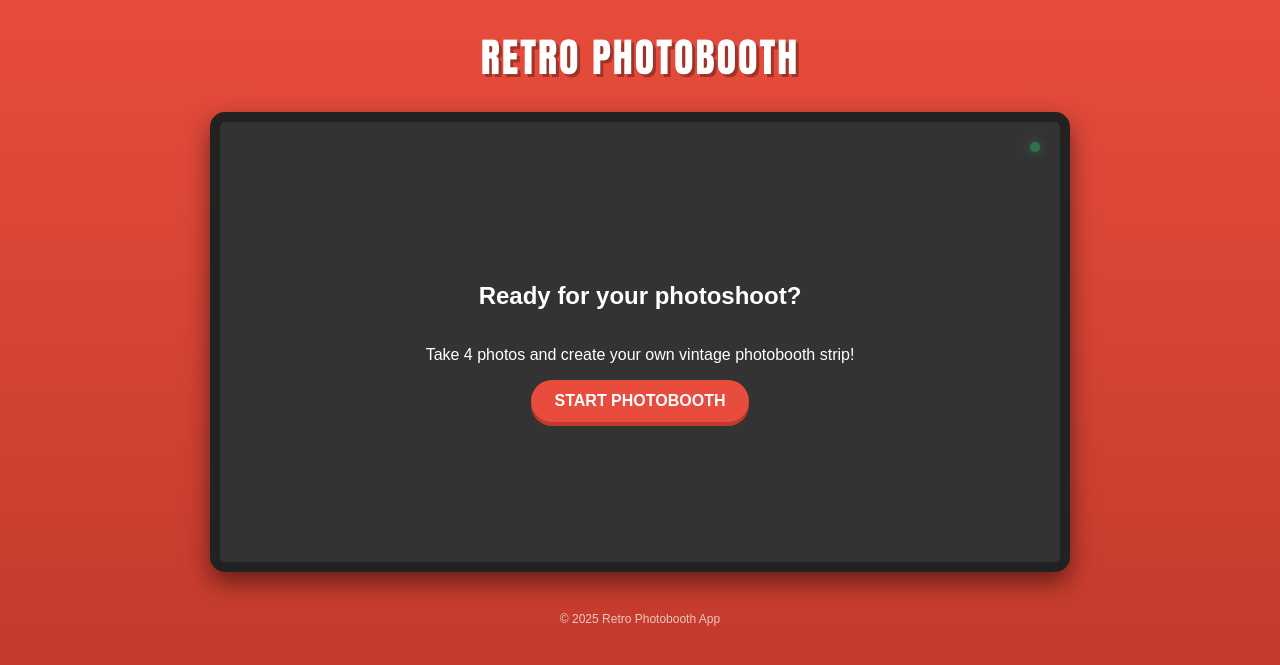
Repository: Strawb3rryjam/QuickSnip
Page: index.html
An editor plug-in stored every save of this project. The page is shown before and after the next save, followed by the edit.
The browser window is 1280 px wide. The pictures show the whole page.

Above is the page before, as saved 2025-05-02 02:05:07.

### index.html
<!DOCTYPE html>
<html lang="en">

<head>
    <meta charset="UTF-8">
    <meta name="viewport" content="width=device-width, initial-scale=1.0">
    <title>Retro Photobooth</title>
    <link rel="stylesheet" href="styles.css">
</head>

<body>
    <h1>RETRO PHOTOBOOTH</h1>
    <div class="container">
        <div class="retro-light"></div>

        <div class="start-screen" id="startScreen">
            <h2>Ready for your photoshoot?</h2>
            <p>Take 4 photos and create your own vintage photobooth strip!</p>
            <button id="startButton">Start Photobooth</button>
        </div>

        <div class="camera-container" id="cameraContainer">
            <video id="camera" autoplay playsinline></video>
            <div class="countdown" id="countdown"></div>
            <div class="flash" id="flash"></div>
            <div class="loading-message" id="loadingMessage">Initializing camera...</div>
        </div>

        <div class="controls" id="cameraControls" style="display: none;">
            <button id="captureButton">Take Photos</button>
        </div>

        <div class="photostrip-container" id="photostripContainer">
            <div class="photostrip" id="photostrip">
                <div class="photostrip-branding">Retro Photobooth - April 28, 2025</div>
            </div>

            <div class="editor-tools">
                <div>
                    <h3>Border Color</h3>
                    <div class="color-picker" id="colorPicker">
                        <div class="color selected" style="background-color: white;" data-color="white"></div>
                        <div class="color" style="background-color: #ffcc00;" data-color="#ffcc00"></div>
                        <div class="color" style="background-color: #ff6b6b;" data-color="#ff6b6b"></div>
                        <div class="color" style="background-color: #48dbfb;" data-color="#48dbfb"></div>
                        <div class="color" style="background-color: #1dd1a1;" data-color="#1dd1a1"></div>
                        <div class="color" style="background-color: #f368e0;" data-color="#f368e0"></div>
                        <div class="color" style="background-color: #ff9f43;" data-color="#ff9f43"></div>
                        <div class="color" style="background-color: black;" data-color="black"></div>
                    </div>
                </div>

                <div>
                    <h3>Add Stickers</h3>
                    <div class="stickers" id="stickerPicker">
                        <div class="sticker">⭐</div>
                        <div class="sticker">❤️</div>
                        <div class="sticker">🌈</div>
                        <div class="sticker">😎</div>
                        <div class="sticker">🎉</div>
                        <div class="sticker">✨</div>
                        <div class="sticker">💯</div>
                        <div class="sticker">🔥</div>
                        <div class="sticker">👑</div>
                        <div class="sticker">🦄</div>
                    </div>
                </div>

                <button id="downloadButton">Download Photostrip</button>
                <button id="resetButton">Take New Photos</button>
            </div>
        </div>
    </div>

    <div id="copyright">© 2025 Retro Photobooth App</div>

    <script src="https://cdnjs.cloudflare.com/ajax/libs/html2canvas/1.4.1/html2canvas.min.js"></script>
    <script src="scripts.js"></script>
</body>

</html>

### styles.css
body {
    font-family: 'Arial', sans-serif;
    background-color: #f0f0f0;
    margin: 0;
    padding: 0;
    display: flex;
    flex-direction: column;
    align-items: center;
    min-height: 100vh;
    background-image: linear-gradient(to bottom, #e74c3c, #c0392b);
    color: white;
    text-align: center;
  }

  h1 {
    font-family: 'Impact', sans-serif;
    letter-spacing: 2px;
    font-size: 2.5rem;
    text-shadow: 3px 3px 0px rgba(0, 0, 0, 0.3);
    margin-bottom: 5px;
  }

  .container {
    max-width: 800px;
    width: 95%;
    background-color: #333;
    border-radius: 15px;
    padding: 20px;
    box-shadow: 0 10px 25px rgba(0, 0, 0, 0.5);
    margin: 20px 0;
    border: 10px solid #222;
    position: relative;
  }

  .start-screen {
    display: flex;
    flex-direction: column;
    align-items: center;
    justify-content: center;
    height: 400px;
  }

  .camera-container {
    position: relative;
    margin: 0 auto;
    width: 100%;
    max-width: 640px;
    border-radius: 8px;
    overflow: hidden;
    display: none;
  }

  #camera {
    width: 100%;
    height: auto;
    background-color: #222;
    border-radius: 8px;
    transform: scaleX(-1);
  }

  .controls {
    margin-top: 20px;
    display: flex;
    justify-content: center;
    flex-wrap: wrap;
    gap: 10px;
  }

  button {
    background-color: #e74c3c;
    color: white;
    border: none;
    padding: 12px 24px;
    font-size: 16px;
    border-radius: 30px;
    cursor: pointer;
    transition: all 0.3s;
    font-weight: bold;
    box-shadow: 0 4px 0 #c0392b;
    text-transform: uppercase;
  }

  button:hover {
    background-color: #c0392b;
    box-shadow: 0 2px 0 #9e2a1e;
    transform: translateY(2px);
  }

  button:active {
    transform: translateY(4px);
    box-shadow: none;
  }

  button:disabled {
    background-color: #999;
    box-shadow: none;
    cursor: not-allowed;
  }

  .countdown {
    position: absolute;
    top: 50%;
    left: 50%;
    transform: translate(-50%, -50%);
    font-size: 8rem;
    color: white;
    text-shadow: 0 0 10px #000;
    opacity: 0.8;
    display: none;
  }

  .flash {
    position: absolute;
    top: 0;
    left: 0;
    width: 100%;
    height: 100%;
    background-color: white;
    opacity: 0;
    transition: opacity 0.1s;
  }

  .photostrip-container {
    display: none;
    flex-direction: column;
    align-items: center;
    width: 100%;
  }

  .photostrip {
    display: flex;
    flex-direction: column;
    gap: 10px;
    background-color: white;
    padding: 20px;
    width: 240px;
    border-radius: 5px;
    box-shadow: 0 0 10px rgba(0,0,0,0.5);
    margin-bottom: 20px;
    position: relative;
  }

  .photostrip img {
    width: 100%;
    height: auto;
    border: 1px solid #ddd;
  }

  .photostrip-branding {
    color: #333;
    font-size: 12px;
    margin-top: 10px;
    text-align: center;
    font-family: 'Courier New', monospace;
  }

  .editor-tools {
    display: flex;
    flex-wrap: wrap;
    justify-content: center;
    gap: 10px;
    margin-top: 20px;
    width: 100%;
  }

  .color-picker {
    display: flex;
    flex-wrap: wrap;
    justify-content: center;
    gap: 5px;
    margin-bottom: 15px;
  }

  .color {
    width: 30px;
    height: 30px;
    border-radius: 50%;
    cursor: pointer;
    border: 2px solid transparent;
    transition: transform 0.2s;
  }

  .color:hover {
    transform: scale(1.2);
  }

  .color.selected {
    border: 2px solid white;
    box-shadow: 0 0 5px rgba(0,0,0,0.5);
  }

  .stickers {
    display: flex;
    flex-wrap: wrap;
    justify-content: center;
    gap: 10px;
    margin-bottom: 15px;
  }

  .sticker {
    font-size: 24px;
    cursor: pointer;
    background-color: rgba(255, 255, 255, 0.2);
    border-radius: 5px;
    padding: 5px;
    transition: transform 0.2s;
  }

  .sticker:hover {
    transform: scale(1.2);
  }

  .draggable-sticker {
    position: absolute;
    cursor: move;
    user-select: none;
    font-size: 24px;
  }

  .retro-light {
    position: absolute;
    width: 10px;
    height: 10px;
    background-color: #2ecc71;
    border-radius: 50%;
    top: 20px;
    right: 20px;
    box-shadow: 0 0 10px #2ecc71;
    animation: blink 2s infinite;
  }

  @keyframes blink {
    0%, 100% { opacity: 1; }
    50% { opacity: 0.4; }
  }

  .loading-message {
    font-size: 1.2rem;
    margin-bottom: 20px;
    animation: pulse 1.5s infinite;
  }

  @keyframes pulse {
    0%, 100% { opacity: 1; }
    50% { opacity: 0.5; }
  }

  #copyright {
    margin-top: 20px;
    font-size: 12px;
    opacity: 0.7;
  }

### scripts.js
document.addEventListener("DOMContentLoaded", () => {
  // DOM Elements
  const startScreen = document.getElementById("startScreen");
  const cameraContainer = document.getElementById("cameraContainer");
  const camera = document.getElementById("camera");
  const captureButton = document.getElementById("captureButton");
  const startButton = document.getElementById("startButton");
  const cameraControls = document.getElementById("cameraControls");
  const countdown = document.getElementById("countdown");
  const flash = document.getElementById("flash");
  const photostripContainer = document.getElementById("photostripContainer");
  const photostrip = document.getElementById("photostrip");
  const downloadButton = document.getElementById("downloadButton");
  const resetButton = document.getElementById("resetButton");
  const colorPicker = document.getElementById("colorPicker");
  const stickerPicker = document.getElementById("stickerPicker");
  const loadingMessage = document.getElementById("loadingMessage");

  // App State
  let stream = null;
  let photosTaken = 0;
  const maxPhotos = 4;
  let photoElements = [];
  let isCountingDown = false;

  // Start the photobooth
  startButton.addEventListener("click", initCamera);

  // Initialize the camera
  async function initCamera() {
    startScreen.style.display = "none";
    cameraContainer.style.display = "block";

    try {
      stream = await navigator.mediaDevices.getUserMedia({
        video: {
          facingMode: "user",
          width: { ideal: 640 },
          height: { ideal: 480 },
        },
        audio: false,
      });

      camera.srcObject = stream;
      loadingMessage.style.display = "none";
      cameraControls.style.display = "flex";
      captureButton.addEventListener("click", startPhotoSequence);
    } catch (err) {
      loadingMessage.textContent = "Camera access denied or not available :(";
      console.error("Error accessing camera:", err);
    }
  }

  // Start the photo taking sequence
  function startPhotoSequence() {
    if (isCountingDown) return;

    isCountingDown = true;
    captureButton.disabled = true;
    startCountdown();
  }

  // Display countdown before taking photo
  function startCountdown() {
    let count = 3;
    countdown.textContent = count;
    countdown.style.display = "block";

    const countInterval = setInterval(() => {
      count--;

      if (count > 0) {
        countdown.textContent = count;
      } else {
        clearInterval(countInterval);
        countdown.style.display = "none";
        takePhoto();
      }
    }, 1000);
  }

  // Take a photo
  function takePhoto() {
    // Create flash effect
    flash.style.opacity = "0.8";
    setTimeout(() => {
      flash.style.opacity = "0";
    }, 100);

    // Create the canvas to capture the photo
    const canvas = document.createElement("canvas");
    const context = canvas.getContext("2d");

    // Set canvas dimensions to match the video
    canvas.width = camera.videoWidth;
    canvas.height = camera.videoHeight;

    // Draw the video frame on the canvas, flip horizontally
    context.translate(canvas.width, 0);
    context.scale(-1, 1);
    context.drawImage(camera, 0, 0, canvas.width, canvas.height);

    // Convert canvas to image
    const imgUrl = canvas.toDataURL("image/jpeg");

    // Add to photostrip
    photosTaken++;
    const photoElement = document.createElement("img");
    photoElement.src = imgUrl;
    photoElement.alt = `Photo ${photosTaken}`;
    photoElements.push(photoElement);

    // Check if we need to take more photos
    if (photosTaken < maxPhotos) {
      // Wait before next photo
      setTimeout(() => {
        isCountingDown = false;
        startCountdown();
      }, 1000);
    } else {
      // We're done taking photos
      finishPhotoSession();
    }
  }

  // Finish photo session and show the photostrip
  function finishPhotoSession() {
    // Stop camera
    if (stream) {
      stream.getTracks().forEach((track) => track.stop());
      stream = null;
    }

    // Hide camera UI
    cameraContainer.style.display = "none";
    cameraControls.style.display = "none";

    // Add photos to photostrip
    for (let i = 0; i < photoElements.length; i++) {
      photostrip.appendChild(photoElements[i]);
    }

    // Show photostrip editor
    photostripContainer.style.display = "flex";

    // Initialize the editing tools
    initEditingTools();
  }

  // Initialize editing tools for photostrip
  function initEditingTools() {
    // Color picker functionality
    colorPicker.querySelectorAll(".color").forEach((colorEl) => {
      colorEl.addEventListener("click", () => {
        // Remove selected class from all colors
        colorPicker.querySelectorAll(".color").forEach((el) => {
          el.classList.remove("selected");
        });

        // Add selected class to clicked color
        colorEl.classList.add("selected");

        // Apply color to photostrip
        const selectedColor = colorEl.getAttribute("data-color");
        photostrip.style.backgroundColor = selectedColor;
      });
    });

    // Sticker functionality
    stickerPicker.querySelectorAll(".sticker").forEach((stickerEl) => {
      stickerEl.addEventListener("click", () => {
        addSticker(stickerEl.textContent);
      });
    });

    // Download button
    downloadButton.addEventListener("click", downloadPhotostrip);

    // Reset button
    resetButton.addEventListener("click", resetPhotobooth);
  }

  // Add a draggable sticker to the photostrip
  function addSticker(emoji) {
    const sticker = document.createElement("div");
    sticker.classList.add("draggable-sticker");
    sticker.textContent = emoji;
    sticker.style.left = "50%";
    sticker.style.top = "50%";
    sticker.style.transform = "translate(-50%, -50%)";
    photostrip.appendChild(sticker);

    // Make sticker draggable
    let isDragging = false;
    let offsetX, offsetY;

    sticker.addEventListener("mousedown", (e) => {
      isDragging = true;
      const rect = sticker.getBoundingClientRect();
      offsetX = e.clientX - rect.left;
      offsetY = e.clientY - rect.top;
      sticker.style.zIndex = "1000";
    });

    document.addEventListener("mousemove", (e) => {
      if (!isDragging) return;

      const photoRect = photostrip.getBoundingClientRect();
      const x = e.clientX - photoRect.left - offsetX;
      const y = e.clientY - photoRect.top - offsetY;

      sticker.style.left = `${x}px`;
      sticker.style.top = `${y}px`;
      sticker.style.transform = "none";
    });

    document.addEventListener("mouseup", () => {
      isDragging = false;
      sticker.style.zIndex = "999";
    });

    // Touch support for mobile
    sticker.addEventListener("touchstart", (e) => {
      isDragging = true;
      const touch = e.touches[0];
      const rect = sticker.getBoundingClientRect();
      offsetX = touch.clientX - rect.left;
      offsetY = touch.clientY - rect.top;
      sticker.style.zIndex = "1000";
      e.preventDefault();
    });

    document.addEventListener("touchmove", (e) => {
      if (!isDragging) return;

      const touch = e.touches[0];
      const photoRect = photostrip.getBoundingClientRect();
      const x = touch.clientX - photoRect.left - offsetX;
      const y = touch.clientY - photoRect.top - offsetY;

      sticker.style.left = `${x}px`;
      sticker.style.top = `${y}px`;
      sticker.style.transform = "none";
      e.preventDefault();
    });

    document.addEventListener("touchend", () => {
      isDragging = false;
      sticker.style.zIndex = "999";
    });
  }

  // Download the photostrip
  function downloadPhotostrip() {
    html2canvas(photostrip).then((canvas) => {
      const link = document.createElement("a");
      link.download = "retro-photostrip.jpg";
      link.href = canvas.toDataURL("image/jpeg", 0.8);
      link.click();
    });
  }

  // Reset the photobooth to start again
  function resetPhotobooth() {
    // Reset counters and arrays
    photosTaken = 0;
    photoElements = [];

    // Clear the photostrip
    const photos = photostrip.querySelectorAll("img");
    const stickers = photostrip.querySelectorAll(".draggable-sticker");

    photos.forEach((photo) => photo.remove());
    stickers.forEach((sticker) => sticker.remove());

    // Reset photostrip color
    photostrip.style.backgroundColor = "white";
    colorPicker.querySelectorAll(".color").forEach((el) => {
      el.classList.remove("selected");
    });
    colorPicker.querySelector('[data-color="white"]').classList.add("selected");

    // Hide photostrip and show start screen
    photostripContainer.style.display = "none";
    startScreen.style.display = "flex";

    // Reset buttons
    captureButton.disabled = false;
    isCountingDown = false;
  }
});

After the next save:
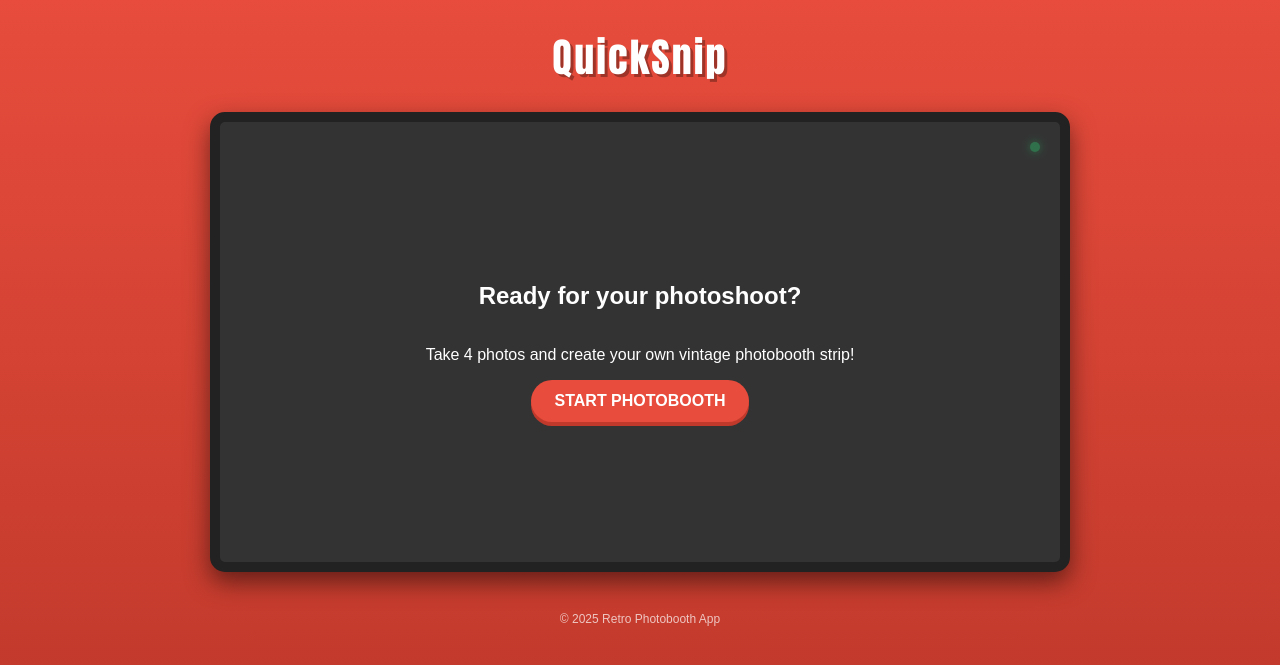
Saved 7 h 42 min later.
--- a/index.html
+++ b/index.html
@@ -9,7 +9,7 @@
 </head>
 
 <body>
-    <h1>RETRO PHOTOBOOTH</h1>
+    <h1>QuickSnip</h1>
     <div class="container">
         <div class="retro-light"></div>
 
